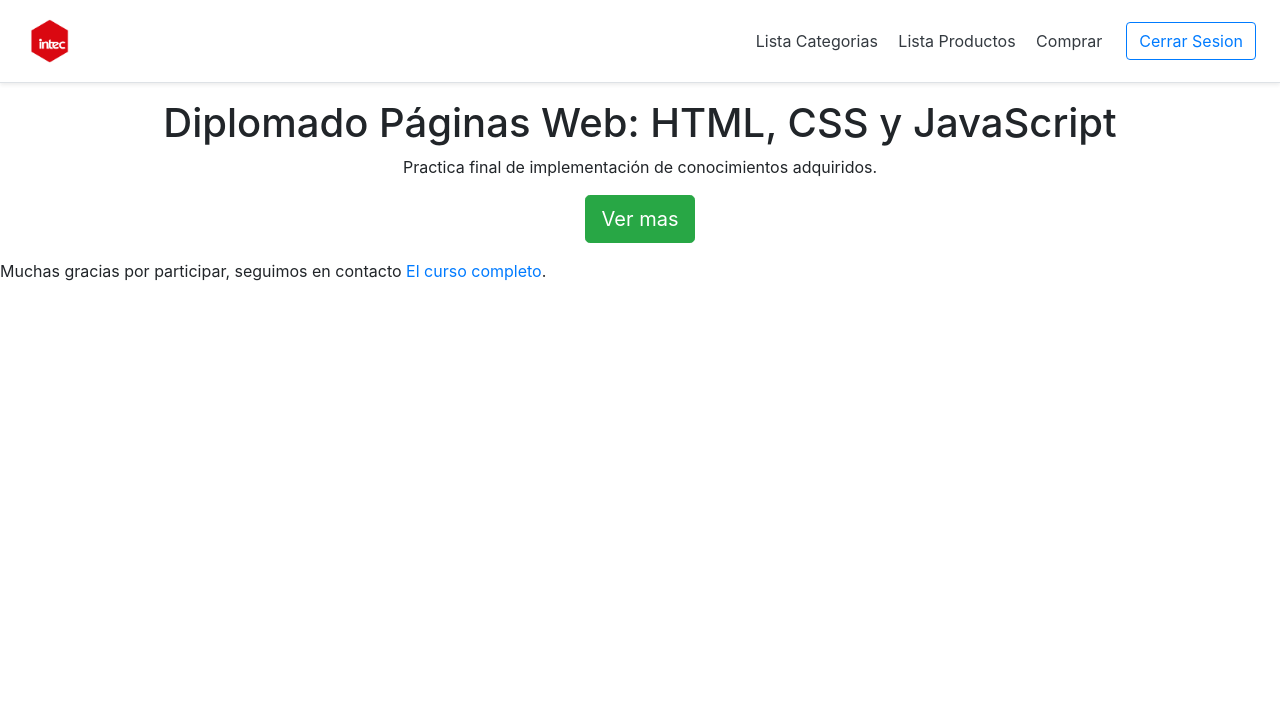
Repository: resttechsolutions/onlineStore
Page: home.html
These files come from the project's save history. The page is drawn as it stood at one moment and after a run of saves; the edit follows.
The browser window is 1280 px wide. The pictures show the whole page.

Above is the page before, as saved 2020-09-05 18:19:32.
Not found: style.css

### home.html
<!DOCTYPE html>
<html lang="en">
<head>
    <meta charset="UTF-8">
    <meta name="viewport" content="width=device-width, initial-scale=1.0">
    <title>HomePage</title>
    <link rel="stylesheet" href="Assets/Lib/Bootstrap/css/bootstrap.css">
    <link rel="stylesheet" href="style.css">
</head>
<body>
    <div class="d-flex flex-column flex-md-row align-items-center p-3 px-md-4 mb-3 bg-white border-bottom shadow-sm">
        <h5 class="my-0 mr-md-auto font-weight-normal">
            <img src="Assets/Img/logo-intec.jpg" style="height:50px" alt="Avatar" class="avatar">
        </h5>
        <nav class="my-2 my-md-0 mr-md-3">
            <a class="p-2 text-dark" href="#">Lista Categorias</a>
            <a class="p-2 text-dark" href="#">Lista Productos</a>
            <a class="p-2 text-dark" href="#">Comprar</a>

        </nav>
        <a class="btn btn-outline-primary" href="#">Cerrar Sesion</a>
    </div>

    <main role="main" class="text-center">
        <div id="divError" style="display: none" class="alert"></div>
        <div id="PageOk">
            <h1 class="cover-heading">Diplomado Páginas Web: HTML, CSS y JavaScript</h1>
            <p>Practica final de implementación de conocimientos adquiridos.</p>
            <p class="lead">
                <a href="#" class="btn btn-lg btn-success">Ver mas</a>
            </p>
        </div>
    </main>
    <footer>
        <p>Muchas gracias por participar, seguimos en contacto <a href="#">El curso completo</a>.</p>
    </footer>
</body>
</html>

### Assets/Css/home.css
main {
    margin-top: 150px;
}

footer {
   text-align: center;
   padding:5px 0 0 0;
    position: fixed;
    bottom: 0;
    left: 0;
    width: 100%;
    background-color:#f1f1f1
}

Loaded but not shown: Assets/Lib/Bootstrap/css/bootstrap.css (library)

After the next 7 saves:
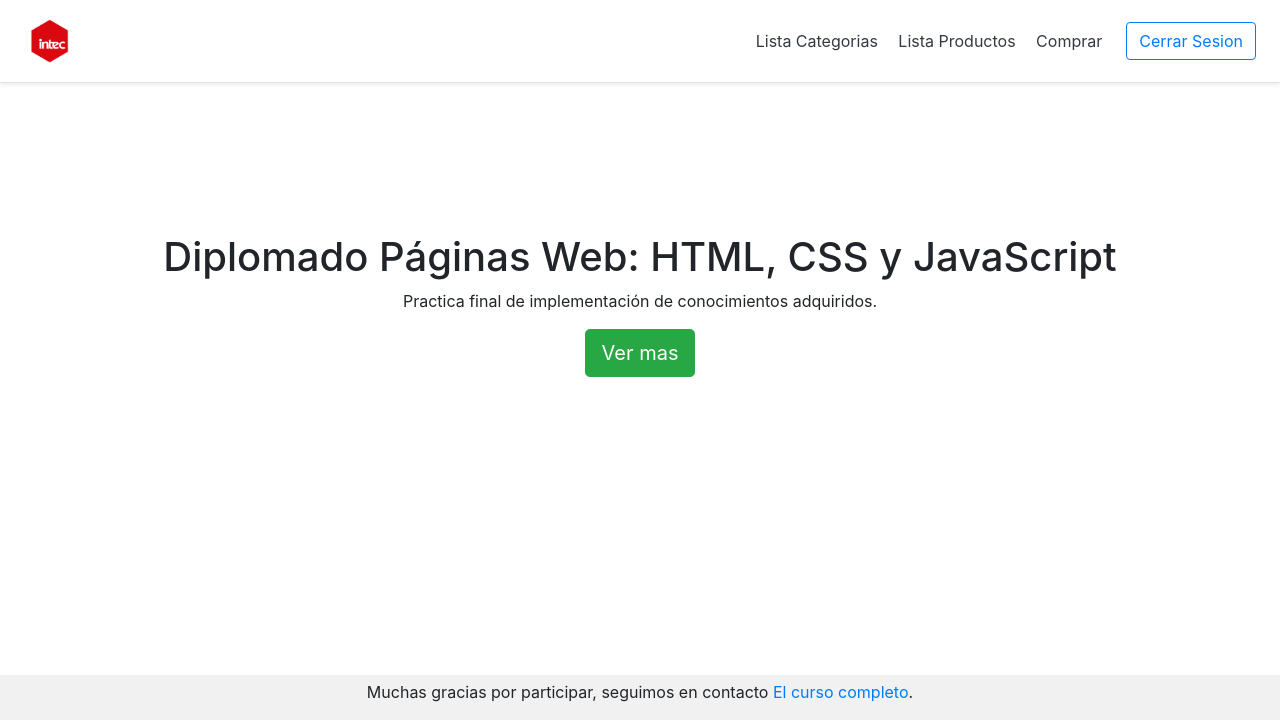
The 7 saves are shown as one change because they came seconds apart.
The last was saved 16 s later.
--- a/home.html
+++ b/home.html
@@ -5,7 +5,7 @@
     <meta name="viewport" content="width=device-width, initial-scale=1.0">
     <title>HomePage</title>
     <link rel="stylesheet" href="Assets/Lib/Bootstrap/css/bootstrap.css">
-    <link rel="stylesheet" href="style.css">
+    <link rel="stylesheet" href="Assets/Css/home.css">
 </head>
 <body>
     <div class="d-flex flex-column flex-md-row align-items-center p-3 px-md-4 mb-3 bg-white border-bottom shadow-sm">
